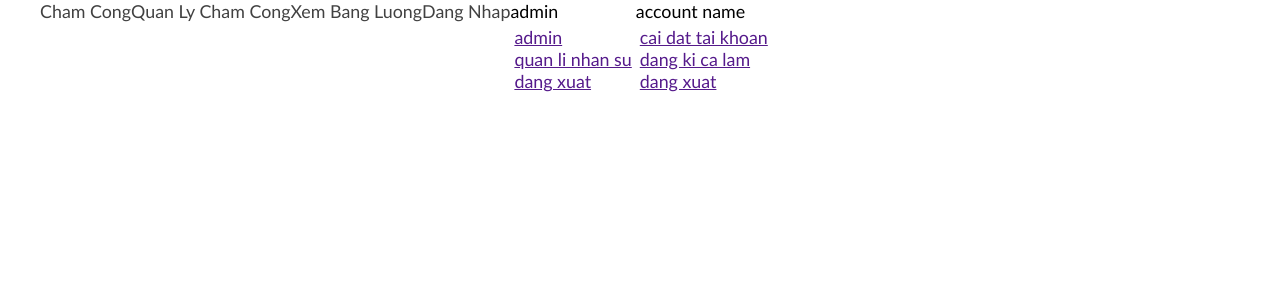
Repository: LDDUNG2003/a
Page: index.html
These files come from the project's save history. The page is drawn as it stood at one moment and after the next save; the edit follows.
The browser window is 1280 px wide. The pictures show the whole page.

Above is the page before, as saved 2023-10-13 23:37:43.

### index.html
<!DOCTYPE html>
<html lang="en">

<head>
    <meta charset="UTF-8">
    <meta name="viewport" content="width=device-width, initial-scale=1.0">
    <title>trang chu</title>
    <link rel="stylesheet" href="./controlView/css/base.css">
    <link rel="stylesheet" href="./controlView/css/index.css">
</head>

<body>
    <div class="main">
        <!-- start header -->
        <header class="app__header">
            <nav class="navBar">
                <ul class="navBar-list">
                    <li class="navBar--items"><a href="" class="navbar--link">Cham cong</a></li>
                    <li class="navBar--items"><a href="" class="navbar--link">Quan ly cham cong</a></li>
                    <li class="navBar--items">
                        <a href="" class="navbar--link">Xem bang luong</a></li>
                    <!-- login  -->
                    <li class="navBar--items">
                        <a href="" class="navbar--link">dang nhap</a></li>
                    <!-- admin menu -->
                    <li class="navBar--items">
                        admin
                        <ul class="account-list">
                            <li class="account--item"><a href="" class="account--link">admin</a></li>
                            <li class="account--item"><a href="" class="account--link">quan li nhan su</a></li>
                            <li class="account--item"><a href="" class="account--link">dang xuat</a></li>
                        </ul>
                    </li>
                    <!-- personnel menu -->
                    <li class="navBar--items">
                        account name
                        <ul class="account-list">
                            <li class="account--item"><a href="" class="account--link">cai dat tai khoan</a></li>
                            <li class="account--item"><a href="" class="account--link">dang ki ca lam</a></li>
                            <li class="account--item"><a href="" class="account--link">dang xuat</a></li>
                        </ul>
                    </li>
                </ul>
            </nav>
        </header>
        <!-- end header -->

        <!-- start content -->
        <div class="app__content">

        </div>
        <!-- end content -->
    </div>
</body>

</html>

### controlView/css/base.css
:root {
    --primary-color: #0066cc;
    --text-color: #414141;
}

* {
    padding: 0px;
    margin: 0px;
    font-family: 'Trebuchet MS', 'Lucida Sans Unicode', 'Lucida Grande', 'Lucida Sans', Arial, sans-serif;
}

html,
body {
    font-size: 0.62rem;
}

.main {}

.app__header {
    width: 100%;
}

.navBar {
    width: 100%;
    max-width: 1200px;
    margin: auto;
    cursor: pointer;
}

.navBar-list {
    display: flex;
    list-style: none;
}

.navBar--items {
    font-size: 1.8rem;
}

.navbar--link {
    color: var(--text-color);
    text-decoration: none;
    text-transform: capitalize;
}

.account-list {
    list-style: none;
    padding: 4px;
    box-shadow: #414141;
}

.account--item {}

Loaded but not shown: controlView/css/index.css (no stored copy; drawn as an empty file)

After the next save:
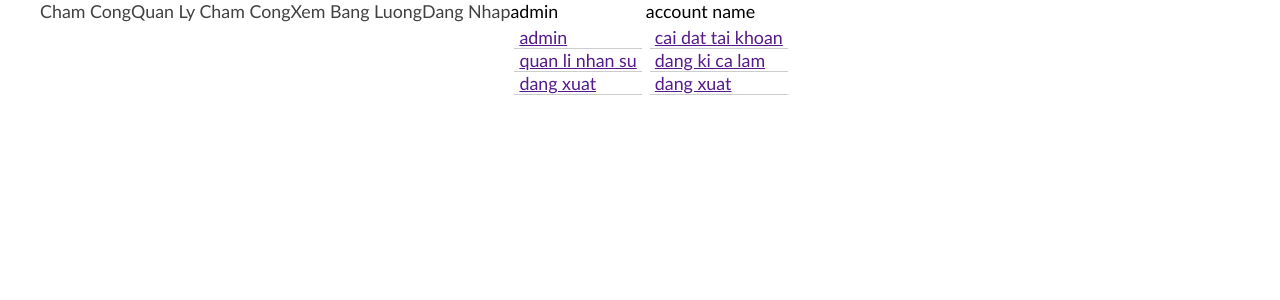
Saved 28 s later.
--- a/controlView/css/base.css
+++ b/controlView/css/base.css
@@ -48,4 +48,7 @@ body {
     box-shadow: #414141;
 }
 
-.account--item {}
+.account--item {
+    padding: 0px 5px;
+    border-bottom: solid 1px #ccc;
+}
